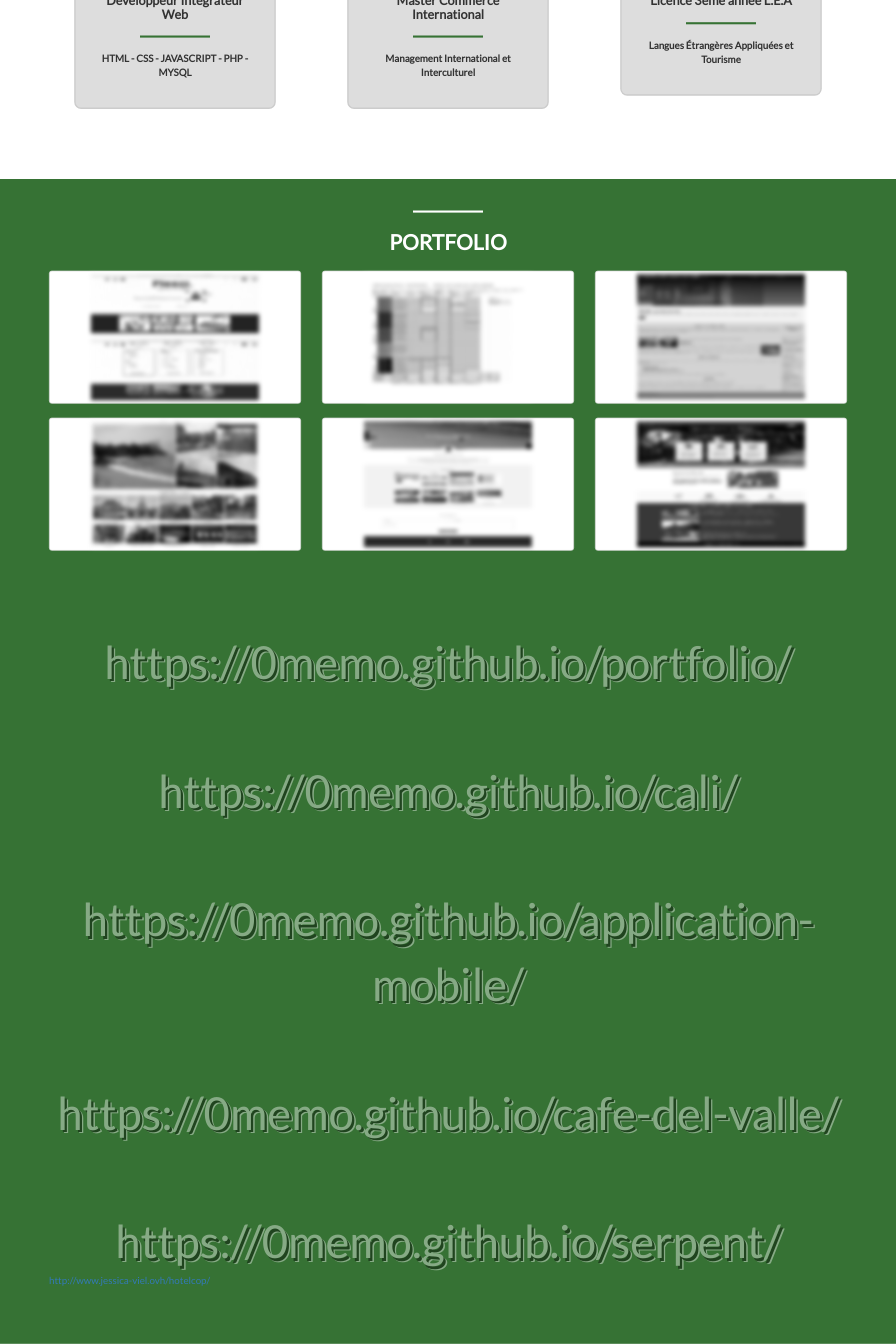
Repository: 0Memo/mon-cv
Page: index.html
The author's editor kept a copy of each file at every save. The page is drawn from the files as they stood at one save, then again after the next save.
The browser window is 1280 px wide. The pictures show the part of the page from y = 3774 to 5694 px (the page is 5694 px tall before and 5244 px after), at 70% of full size.

Above is the page before, as saved 2020-12-29 15:24:17.

### index.html
<!DOCTYPE html>
<html lang="en">
    <head>
        <meta charset="UTF-8">
        <meta name="viewport" content="width=device-width, initial-scale=1.0">
        <meta name="description" content="Voici mon cv, vous pourrez découvrir mon parcours de formation, et mes expériences professionnelles">
        <meta name="author" content="Guillaume Mehats">
        <title>Mon CV</title>
        <link rel="preconnect" href="https://fonts.gstatic.com">
        <link href="https://fonts.googleapis.com/css2?family=Lato&display=swap" rel="stylesheet">
        <link rel="stylesheet" href="css/bootstrap.min.css">
        <link rel="stylesheet" href="css/styles.css">
        <link rel="shortcut icon" href="img/colombia.png">
    </head>
    <body>
        <section id="about" class="container-fluid">
            <div class="col-xs-8 col-md-4 profile-picture">
                <img src="img/photo.png" alt="Guillaume" class="rounded-circle">
            </div>
            <div class="heading">
                <h1>Salut, c'est moi Guillaume</h1>
                <h3>Développeur Web</h3>
                <a href="docs/CV_Guillaume_Mehats.pdf" class="button1">Télécharger CV</a>
            </div>
        </section>

        <section id="skills">
            <div class="green-divider">
            </div>
            <div class="heading">
                <h2>Compétences</h2>
            </div>
            <div class="container">
                <div class="row">
                    <div class="col-md-6">
                        <div class="progress">
                            <div class="progress-bar" role="progressbar" aria-valuenow="85" aria-valuemin="0" aria-valuemax="100" style="width:85%">
                                <h5>HTML 85%</h5>
                            </div>
                        </div>
                        <div class="progress">
                            <div class="progress-bar" role="progressbar" aria-valuenow="85" aria-valuemin="0" aria-valuemax="100" style="width:85%">
                                <h5>CSS 85%</h5>
                            </div>
                        </div>
                        <div class="progress">
                            <div class="progress-bar" role="progressbar" aria-valuenow="90" aria-valuemin="0" aria-valuemax="100" style="width:90%">
                                <h5>JAVASCRIPT 90%</h5>
                            </div>
                        </div>
                    </div>
                    <div class="col-md-6">
                        <div class="progress">
                            <div class="progress-bar" role="progressbar" aria-valuenow="85" aria-valuemin="0" aria-valuemax="100" style="width:85%">
                                <h5>JQUERY 85%</h5>
                            </div>
                        </div>
                        <div class="progress">
                            <div class="progress-bar" role="progressbar" aria-valuenow="80" aria-valuemin="0" aria-valuemax="100" style="width:80%">
                                <h5>BOOTSTRAP 80%</h5>
                            </div>
                        </div>
                        <div class="progress">
                            <div class="progress-bar" role="progressbar" aria-valuenow="75" aria-valuemin="0" aria-valuemax="100" style="width:75%">
                                <h5>SASS 75%</h5>
                            </div>
                        </div>
                    </div>
                </div>
            </div>
        </section>

        <section id="experience">
            <div class="container">
                <div class="white-divider"></div>
                <div class="heading">
                    <h2>Expérience professionnelle</h2>
                </div>
                <ul class="timeline">
                    <li>
                        <div class="timeline-badge"><span class="glyphicon glyphicon-briefcase"></span></div>
                        <div class="timeline-panel-container">
                            <div class="timeline-panel">
                                <div class="timeline-heading">
                                    <h3>Lycée<span class="experience-place"> Amboise</span></h3>
                                    <h4>Professeur d'espagnol</h4>
                                    <p class="text-muted"><small class="glyphicon glyphicon-time"> déc.2019-août 2020</small></p>
                                </div>
                                <div class="timeline-body">
                                    <p>Préparation de cours d'espagnol: Création de séquences de cours et ajouts culturels</p>
                                    <p>Animation de cours collectifs et de groupes: Cours de 2nde, 1ère et Terminale</p>
                                    <p>gestion des classes (7 classes de 26 à 30 élèves chacune)</p>
                                    <p>Surveillance et correction d'examens: Examens nationaux (E3C) et examens en classe</p>
                                </div>
                                <div class="timeline-footer"></div>
                            </div>
                        </div>
                    </li>
                    <li>
                        <div class="timeline-badge"><span class="glyphicon glyphicon-briefcase"></span></div>
                        <div class="timeline-panel-container-inverted">
                            <div class="timeline-panel">
                                <div class="timeline-heading">
                                    <h3>Langaj<span class="experience-place"> Paris</span></h3>
                                    <h4>Coordinateur de formation</h4>
                                    <p class="text-muted"><small class="glyphicon glyphicon-time"> jan.2016-nov.2018</small></p>
                                </div>
                                <div class="timeline-body">
                                    <p>Planification des formations : Programmation, reprogrammation et optimisation des sessions de formation</p>
                                    <p>Validations, annulations, reports de session. Surveillance d'examens : TOEIC, Bulats. Contact professeurs-stagiaires</p>
                                    <p>Suivi d'activité : Création d'indicateurs de suivi (ex: taux d'avancement formation, utilisation ressources, ...)</p>
                                    <p>rapport anomalies et propositions de plans d'action au comité de direction. Gestion de l'équipe (2 personnes sur 2 ans)</p>
                                    <p>Développement d'outils de suivi et de production automatisés Utilisation de Scribble Maps, Google Apps Script</p>
                                    <p>Macros, Google Sheet, Excel, Word. Langues de travail: français, anglais, espagnol, italien, allemand, suédois, portugais</p>
                                </div>
                                <div class="timeline-footer"></div>
                            </div>
                        </div>
                    </li>
                    <li>
                        <div class="timeline-badge"><span class="glyphicon glyphicon-briefcase"></span></div>
                        <div class="timeline-panel-container">
                            <div class="timeline-panel">
                                <div class="timeline-heading">
                                    <h3>Regus<span class="experience-place"> Paris </span><img class="regus" src="img/regus.png" alt="Regus"></h3>
                                    <h4>Chargé relations clients</h4>
                                    <p class="text-muted"><small class="glyphicon glyphicon-time"> avr.2010-déc.2015</small></p>
                                </div>
                                <div class="timeline-body">
                                    <p>Suivi d'activités : Reporting d'activité, suivi et mise à jour des procédures du siège, gestion conflits et satisfaction</p>
                                    <p>clients, suivi des impayés clients-fournisseurs, gestion de la balance âgée. Promotion interne: Gestion et formation</p>
                                    <p>de l'équipe d'accueil (5 personnes sur 3 ans). Langues de travail: français, anglais, rousection, hébreu, italien</p>
                                    <p>Logistique : Gestion des stocks, commandes et salles, archivage</p>
                                </div>
                                <div class="timeline-footer"></div>
                            </div>
                        </div>
                    </li>
                    <li>
                        <div class="timeline-badge"><span class="glyphicon glyphicon-briefcase"></span></div>
                        <div class="timeline-panel-container-inverted">
                            <div class="timeline-panel">
                                <div class="timeline-heading">
                                    <h3>Disneyland Paris <img class="mickey" src="img/mickey-mouse.png" alt="Mickey Mouse"></h3>

                                    <h4>Conseiller clientèle multilingue</h4>
                                    <p class="text-muted"><small class="glyphicon glyphicon-time"> avr.2007-avr.2010</small></p>
                                </div>
                                <div class="timeline-body">
                                    <p>Gestion des demandes internationales : Langues de travail: français, anglais, espagnol, roumain, hébreu</p>
                                    <p>italien, portugais (traduction simultanées pour les urgences médicales, réservations restaurants</p>
                                    <p>et taxis, conseils sur les activités). Gestion de l'équipe (3 personnes sur 3 ans)</p>
                                </div>
                                <div class="timeline-footer"></div>
                            </div>
                        </div>
                    </li>
                    <li>
                        <div class="timeline-badge"><span class="glyphicon glyphicon-briefcase"></span></div>
                        <div class="timeline-panel-container">
                            <div class="timeline-panel">
                                <div class="timeline-heading">
                                    <h3>Hôtel de Tourny<span class="experience-place"> Bordeaux</span></h3>
                                    <h4>Chef d'équipe conciergerie</h4>
                                    <p class="text-muted"><small class="glyphicon glyphicon-time"> fév.2006-mars 2007</small></p>
                                </div>
                                <div class="timeline-body">
                                    <p>Gestion clients et équipe : Réservations restaurants, taxis, activités, préparation salle de</p>
                                    <p>réunion archivage de documents, gestion de l'équipe (2 personnes sur 1 an)</p>
                                </div>
                                <div class="timeline-footer"></div>
                            </div>
                        </div>
                    </li>
                </ul>
            </div>
        </section>

        <section id="education">
            <div class="container">
                <div class="row">
                    <div class="col-sm-4">
                        <div class="education-block">
                            <h5>juin 2020 - fév.2021</h5>
                            <span class="glyphicon glyphicon-education"></span>
                            <h3>IFOCOP Paris XI</h3>
                            <h4>Développeur Intégrateur Web</h4>
                            <div class="green-divider"></div>
                            <p>HTML - CSS - JAVASCRIPT - PHP - MYSQL</p>
                        </div>
                    </div>
                    <div class="col-sm-4">
                        <div class="education-block">
                            <h5>oct.2015 - juin 2016</h5>
                            <span class="glyphicon glyphicon-education"></span>
                            <h3>Université Paris X</h3>
                            <h4>Master Commerce International</h4>
                            <div class="green-divider"></div>
                            <p>Management International et Interculturel</p>
                        </div>
                    </div>
                    <div class="col-sm-4">
                        <div class="education-block">
                            <h5>oct.2003 - juin 2006</h5>
                            <span class="glyphicon glyphicon-education"></span>
                            <h3>Université Bdx 3</h3>
                            <h4>Licence 3ème année L.E.A</h4>
                            <div class="green-divider"></div>
                            <p>Langues Étrangères Appliquées et Tourisme</p>
                        </div>
                    </div>
                </div>
            </div>
        </section>

        <section id="portfolio">
            <div class="container">
                <div class="white-divider">
                </div>
                <div class="heading">
                    <h2>Portfolio</h2>
                </div>
                <div class="row">
                    <div class="col-sm-4">
                        <a class="thumbnail" href="img/pleezz.jpg" target="_blank" alt="projet">
                            <img src="img/pleezz.jpg">
                        </a>
                    </div>
                    <div class="col-sm-4">
                        <a class="thumbnail" href="img/formules.jpg" target="_blank" alt="projet">
                            <img src="img/formules.jpg">
                        </a>
                    </div>
                    <div class="col-sm-4">
                        <a class="thumbnail" href="img/restaurante.jpg" target="_blank" alt="projet">
                            <img src="img/restaurante.jpg">
                        </a>
                    </div>
                </div>
                <div class="row">
                    <div class="col-sm-4">
                        <a class="thumbnail" href="img/gallerie.jpg" target="_blank" alt="projet">
                            <img src="img/gallerie.jpg">
                        </a>
                    </div>
                    <div class="col-sm-4">
                        <a class="thumbnail" href="img/proyecto.jpg" target="_blank" alt="projet">
                            <img src="img/proyecto.jpg">
                        </a>
                    </div>
                    <div class="col-sm-4">
                        <a class="thumbnail" href="img/cali_page.jpg" target="_blank" alt="projet">
                        <img src="img/cali_page.jpg">
                        </a>
                    </div>
                </div>
                <div class="link">
                    <a href="https://0memo.github.io/portfolio/" title="mon portfolio" class="portfolio_page" target="_blank">https://0memo.github.io/portfolio/</a>
                    <a href="https://0memo.github.io/cali/" title="Cali" class="cali" target="_blank">https://0memo.github.io/cali/</a>
                </div>
                <div class="link">
                    <a href="https://0memo.github.io/application-mobile/" title="application mobile" class="application-mobile" target="_blank">https://0memo.github.io/application-mobile/</a>
                </div>
                <div class="link">
                    <a href="https://0memo.github.io/cafe-del-valle/" title="cafe del valle" class="cafe_del_valle" target="_blank">https://0memo.github.io/cafe-del-valle/</a>
                </div>
                <div class="link">
                    <a href="https://0memo.github.io/serpent/" title="jeu du serpent" class="serpent" target="_blank">https://0memo.github.io/serpent/</a>
                </div>
                <div class="link"></div>
                    <a href="https://www.jessica-viel.ovh/hotelcop/" title="projet HôtelCop" class="hotelCop" target="_blank">http://www.jessica-viel.ovh/hotelcop/</a>
                </div>
                </div>
            </div>


        </section>

        <script src="js/jquery-3.5.1.min.js"></script>
        <script src="https://cdn.jsdelivr.net/npm/popper.js@1.16.0/dist/umd/popper.min.js" integrity="sha384-Q6E9RHvbIyZFJoft+2mJbHaEWldlvI9IOYy5n3zV9zzTtmI3UksdQRVvoxMfooAo" crossorigin="anonymous"></script>
        <script src="js/bootstrap.min.js"></script>
        <script src="js/script.js"></script>
    </body>
</html>

### css/styles.css
:root {
    --color: #367234;
}

body {
    font-family: 'Lato', sans-serif;
}

h1, h2, h3, h4, h5, h6 {
    font-weight: bold;
}


.profile-picture {
    text-align: center;
    margin: 0 auto;
    float: none;
}

section {
    padding: 45px 0 80px 0;
}

#about {
    padding-top: 100px;
    background: var(--color);
}
#about img {
    max-width: 100%;
    height: auto;
    border: 2px solid gold;
    background: #fff;
    border-radius: 50%;
}

#about  .heading {
    padding-top: 10px;
    text-align: center;
    padding-bottom: 40px;
}

#about .heading h1 {
    color: #fff;
    text-transform: uppercase;
}

#about .heading h3 {
    color: #000;
    font-size: 24px;
}

#about .heading .button1 {
    color: #fff;
    font-weight: bold;
    font-size: 16px;
    text-transform: uppercase;
    border: 1px solid #fff;
    margin-top: 20px;
    display: inline-block;
    padding: 18px 50px;
    border-radius: 3px;
    transition: all 0.3s ease-in 0s;
}

#about .heading .button1:hover {
    text-decoration: none;
    background: #fff;
    color: var(--color);
}

#skills, #education {
    background: #fff;
}

#skills .green-divider {
    width: 100px;
    height: 3px;
    background: var(--color);
    margin: 0 auto;
}

#skills .heading h2{
    color: var(--color);
    text-align: center;
    text-transform: uppercase;
    margin: 25px;
}

#skills .progress {
    height: 50px;
    background: #ddd;
}

#skills .progress:last-child {
    margin: 0 20px;
}

#skills .progress:not(:last-child) {
    margin: 15px 20px;

}

#skills .progress .progress-bar {
    background: var(--color);
}


#skills .progress .progress-bar h5 {
    text-shadow: 1px 1px 1px #000;
    font-size: 18px;
    line-height: 18px;
}

#experience, #portfolio {
    background: var(--color);
}

#experience .white-divider, #portfolio .white-divider {
    width: 100px;
    height: 3px;
    background: #fff;
    margin: 0 auto;
}

#experience .heading h2, #portfolio .heading h2 {
    color: #fff;
    text-align: center;
    text-transform: uppercase;
    margin: 25px;
}

#experience .container .timeline {
    list-style: none;
    padding: 30px 10px;
    position: relative;
}

#experience .container .timeline::before {
    content: " ";
    top: 10px;
    bottom: 30px;
    left: 50%;
    margin-left: -2,5px;
    width: 5px;
    background: #333;
    position: absolute;
}

#experience .container .timeline > li {
    margin-bottom: 20px;
    position: relative;
}

#experience .container .timeline > li::after {
    clear: both;
}

#experience .container .timeline > li::before, #experience .container .timeline > li::after {
    content: " ";
    display: table;
}

#experience .container .timeline li .timeline-badge {
    color: var(--color);
    width: 50px;
    line-height: 50px;
    font-size: 20px;
    text-align: center;
    position: absolute;
    top: 16px;
    left: 50%;
    margin-left: -25px;
    background-color: #ddd;
    border-radius: 50%;
}

#experience .container .timeline li .timeline-panel-container {
    width: 50%;
    float: left;
}

#experience .container .timeline li .timeline-panel-container-inverted {
    width: 50%;
    float: right;
}

#experience .container .timeline li .timeline-panel-container .timeline-panel {
    width: 90%;
    float: right;
    border: 1px solid #d4d4d4;
    border-radius: 7px;
    padding: 20px 25px;
    position: relative;
    background: #fff;
    box-shadow: 0 1px 6px rgba(0, 0, 0, .175);
    margin-right: 40px;
}

#experience .container .timeline li .timeline-panel-container-inverted .timeline-panel {
    width: 90%;
    float: left;
    border: 1px solid #d4d4d4;
    border-radius: 7px;
    padding: 20px 25px;
    position: relative;
    background: #fff;
    box-shadow: 0 1px 6px rgba(0, 0, 0, .175);
    margin-left: 40px;
}

#experience .container .timeline li .timeline-panel-container .timeline-panel::after {
    position: absolute;
    top: 27px;
    right: -14px;
    display: inline-block;
    border-top: 14px solid transparent;
    border-left: 14px solid #fff;
    border-right: 0 solid #fff;
    border-bottom: 14px solid transparent;
    content: " ";
}

#experience .container .timeline li .timeline-panel-container-inverted .timeline-panel::after {
    position: absolute;
    top: 27px;
    left: -14px;
    display: inline-block;
    border-top: 14px solid transparent;
    border-left: 0 solid #fff;
    border-right: 14px solid #fff;
    border-bottom: 14px solid transparent;
    content: " ";
}

#experience .container .timeline li .timeline-panel-container .timeline-panel .timeline-heading h3, #experience .container .timeline li .timeline-panel-container-inverted .timeline-panel .timeline-heading h3 {
    margin-top: 5px;
    font-size: 22px;
    text-transform: uppercase;
}

#experience .container .timeline li .timeline-panel-container .timeline-panel .timeline-heading h4, #experience .container .timeline li .timeline-panel-container-inverted .timeline-panel .timeline-heading h4 {
    color: var(--color);
    font-size: 20px;
}

#experience .container .timeline li .timeline-panel-container .timeline-panel .timeline-heading p.text-muted, #experience .container .timeline li .timeline-panel-container-inverted .timeline-panel .timeline-heading p.text-muted {
    font-size: 22px;
}

#experience .container .timeline li .timeline-panel-container .timeline-panel .timeline-body p, #experience .container .timeline li .timeline-panel-container-inverted .timeline-panel .timeline-body p {
    font-size: 18px;
}

.regus, .mickey {
    width: 35px;
    border: none;
}

#education .container .row .col-sm-4 .education-block {
    width: 80%;
    margin: 0 auto;
    text-align: center;
    padding: 30px;
    background: #ddd;
    border-radius: 10px;
    border: 2px solid #ccc;
    margin-bottom: 20px;
}

#education .container .row .col-sm-4 .education-block h5 {
    color: #888;
    font-size: 15px;
    margin-bottom: 15px;
}

#education .container .row .col-sm-4 .education-block span {
    font-size: 40px;
}

#education .container .row .col-sm-4 .education-block h3 {
    color: var(--color);
}

#education .container .row .col-sm-4 .education-block h4 {
    margin-bottom: 20px;
}

#education .container .row .col-sm-4 .education-block .green-divider {
    width: 100px;
    height: 3px;
    background: var(--color);
    margin: 0 auto;
}

#education .container .row .col-sm-4 .education-block p {
    margin-top: 20px;
    font-weight: bold;
}

#portfolio .container .row .col-sm-4 a img{
    height: 180px;
    width: 240px;
    transition: all .3s ease-in 0s;
}

#portfolio .container .row .col-sm-4 img:hover {
    transform: scale(1.3);
    z-index: 2;
}

#portfolio .container .row .col-sm-4 img:not(:hover) {
    filter: blur(3px) grayscale(1) !important;
}

#portfolio .link a {
    display: block;
    margin-top: 8%;
    color: #fff;
    font-size: 65px;
    text-align: center;
    opacity: 0.4;
    transition: 2s;
    text-shadow: black .05em .05em 0,
    white .08em .08em 0;
}

#portfolio .link a:hover {
    text-decoration: none;
    opacity: 1;
    color: rgb(255, 251, 251);
}

Loaded but not shown: css/bootstrap.min.css (library); js/jquery-3.5.1.min.js (library); js/bootstrap.min.js (library); js/script.js (no copy from this time; the picture is the same without it)

After the next save:
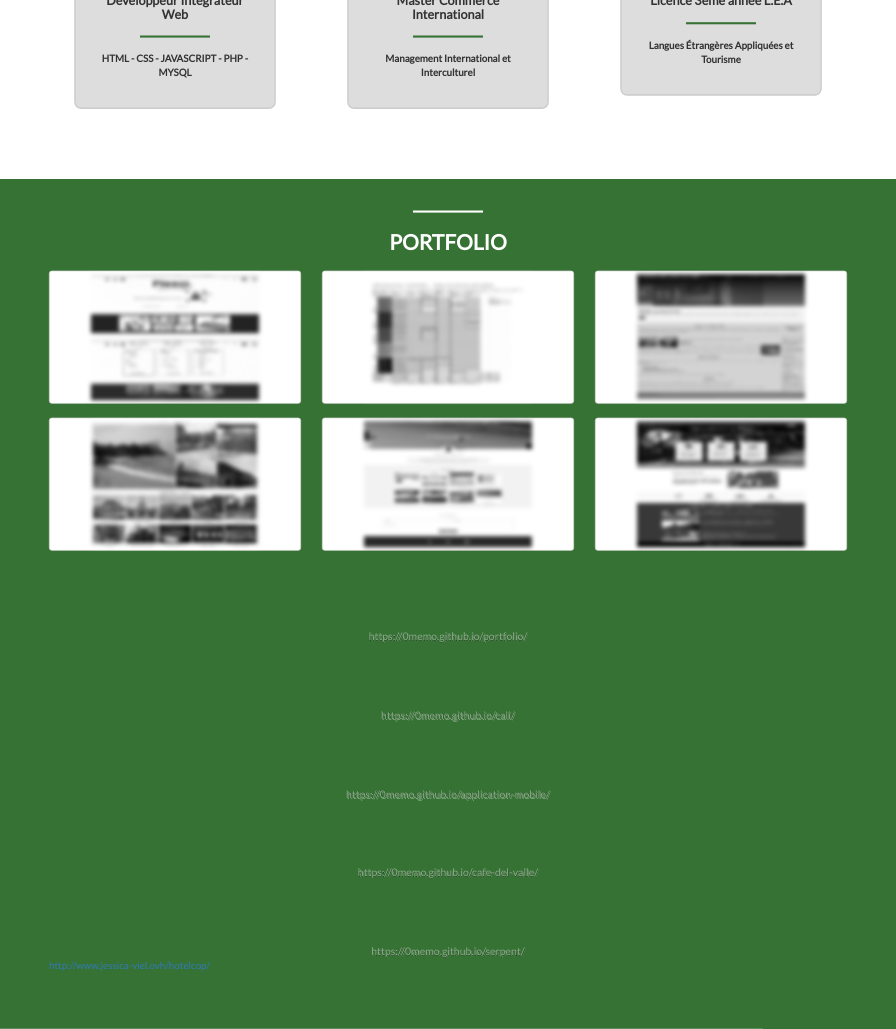
Saved 7 s later.
--- a/css/styles.css
+++ b/css/styles.css
@@ -316,7 +316,7 @@ section {
     display: block;
     margin-top: 8%;
     color: #fff;
-    font-size: 65px;
+    font-size: 15px;
     text-align: center;
     opacity: 0.4;
     transition: 2s;
